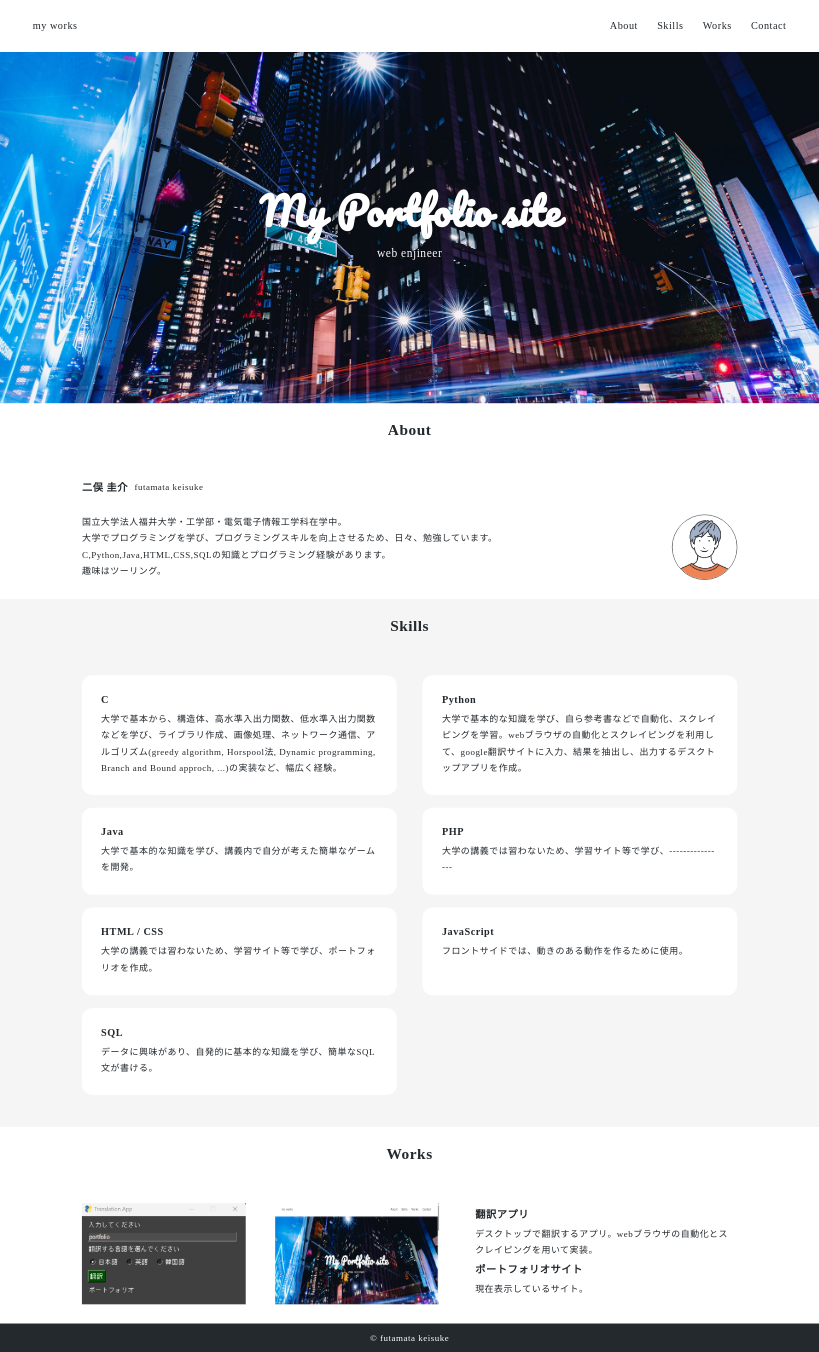
Repository: F-ksk/portfolio
Page: index.html
An editor plug-in stored every save of this project. The page is shown before and after the next save, followed by the edit.
The browser window is 1280 px wide. The pictures show the whole page, at 64% of full size.

Above is the page before, as saved 2023-06-29 21:11:12.

After the next save:
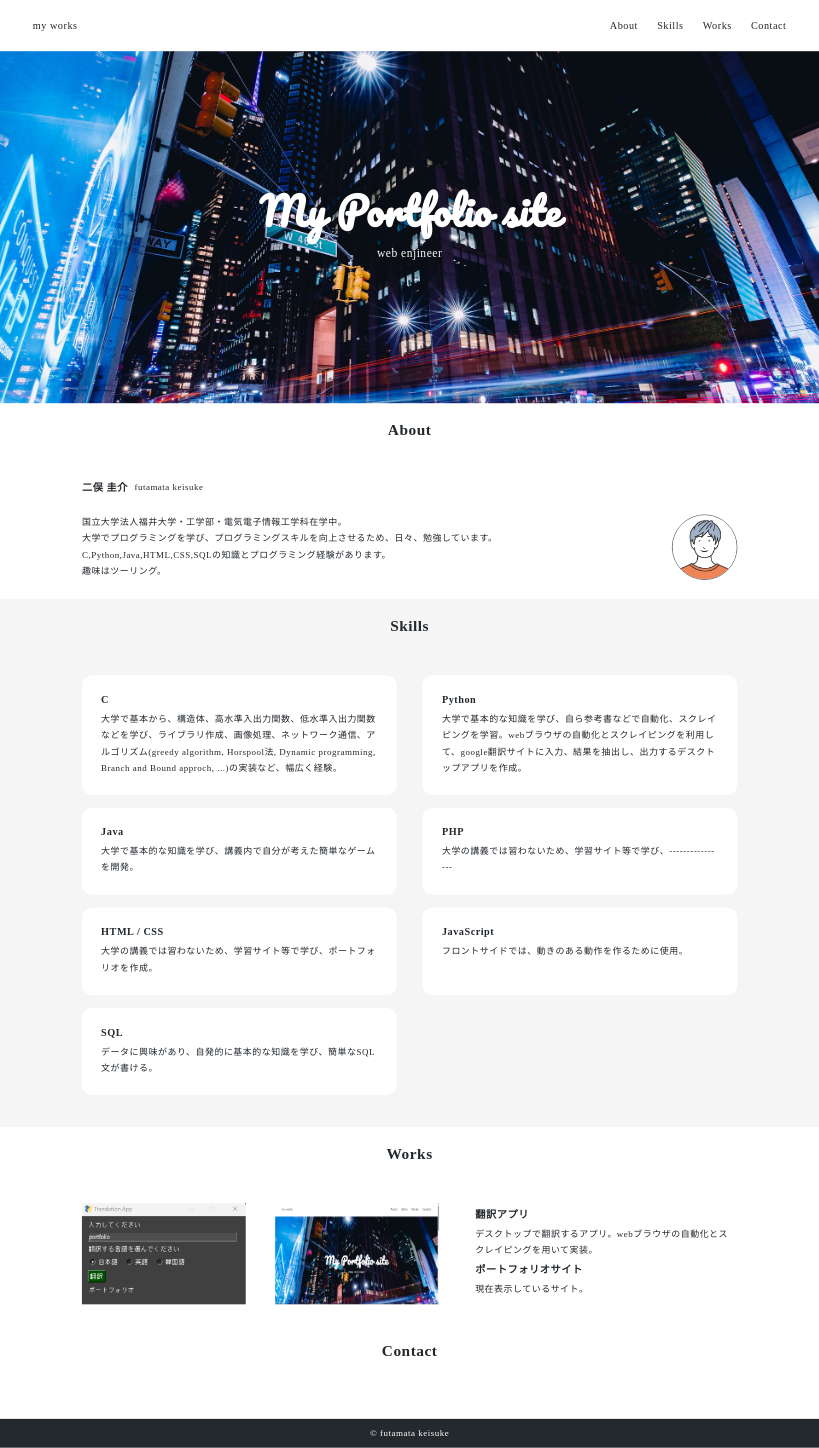
Saved 3 min 1 s later.
--- a/index.html
+++ b/index.html
@@ -92,6 +92,9 @@
                 </div>
             </div>
         </section>
+        <section id="contact">
+            <h2>Contact</h2>
+        </section>
         <footer>
             <p>&copy; futamata keisuke</p>
         </footer>
